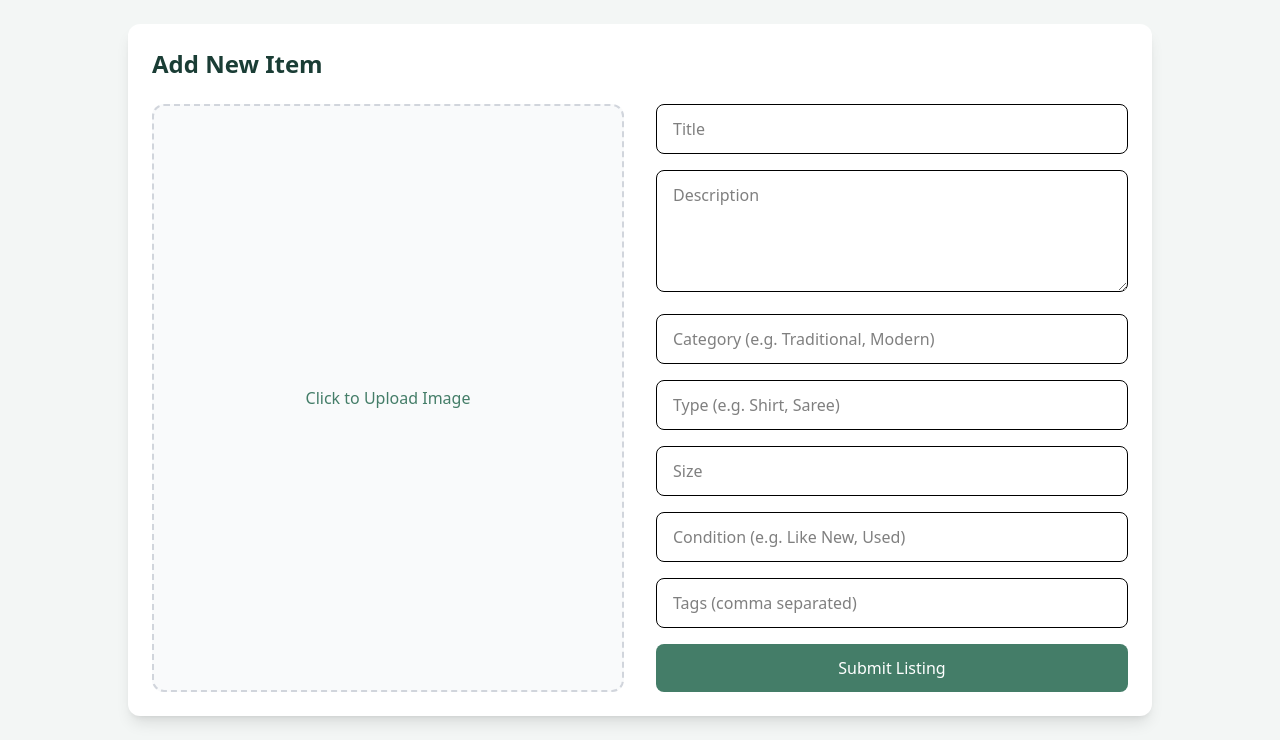
Repository: Swastikkkkk/vv
Page: /user/add (app in OneDrive/Desktop/Yuzichahal/frontend/)
The author's editor kept a copy of each file at every save. The page is drawn from the files as they stood at one save, then again after the next save.
The browser window is 1280 px wide. The pictures show the whole page.
The page's requests for data from a server got no answer. The project was rebuilt for these pictures with package versions that can differ from the ones it lists, and the page was loaded fresh each time. No one was signed in, and anything a server would have sent is missing. Also part of the build but not shown: OneDrive/Desktop/Yuzichahal/frontend/vite.config.js, OneDrive/Desktop/Yuzichahal/frontend/src/components/Navbar.jsx, OneDrive/Desktop/Yuzichahal/frontend/src/components/Herosection.jsx, OneDrive/Desktop/Yuzichahal/frontend/src/components/CategoriesSection.jsx, OneDrive/Desktop/Yuzichahal/frontend/src/components/Footer.jsx, OneDrive/Desktop/Yuzichahal/frontend/src/components/LandingPage.jsx, OneDrive/Desktop/Yuzichahal/frontend/src/components/Signup.jsx, OneDrive/Desktop/Yuzichahal/frontend/src/components/Login.jsx and 9 more. Imported but missing from the stored project, and not drawn on this page: OneDrive/Desktop/Yuzichahal/frontend/src/FirebaseConfig.

Above is the page before, as saved 2025-07-12 11:44:38.

### OneDrive/Desktop/Yuzichahal/frontend/src/App.jsx
// import React from 'react';
// import { BrowserRouter as Router, Routes, Route } from 'react-router-dom';

// // Public
// import LandingPage from './components/LandingPage';
// import Signup from './components/Signup';
// import Login from './components/Login';

// // Protected (to build separately)
// import UserDashboard from './components/user/UserDashboard';
// import AdminDashboard from './components/admin/AdminDashboard';
// import AddListing from './components/user/AddListing';
// import ProductDetail from './components/ProductDetail';
// import PointsHistory from './components/user/PointsHistory';
// import NotFound from './components/NotFound';

// const App = () => {
//   return (
//     <Router>
//       <Routes>
//         {/* Public Routes */}
//         <Route path="/" element={<LandingPage />} />
//         <Route path="/signup" element={<Signup />} />
//         <Route path="/login" element={<Login />} />

//         {/* User Routes */}
//         <Route path="/user" element={<UserDashboard />} />
//         <Route path="/user/add" element={<AddListing />} />
//         <Route path="/user/points" element={<PointsHistory />} />

//         {/* Admin Routes */}
//         <Route path="/admin" element={<AdminDashboard />} />

//         {/* Product Details (accessible by both roles) */}
//         <Route path="/product/:productId" element={<ProductDetail />} />

//         {/* Catch-All */}
//         <Route path="*" element={<NotFound />} />
//       </Routes>
//     </Router>
//   );
// };

// export default App;

// src/App.js
import React from 'react';
import { BrowserRouter as Router, Routes, Route } from 'react-router-dom';

// Public Pages
import LandingPage from './components/LandingPage';
import Signup from './components/Signup';
import Login from './components/Login';

// User Dashboard Pages
import UserDashboard from './components/user/UserDashboard';
import AddListing from './components/user/AddListing';
import PointsHistory from './components/user/PointsHistory';

// Admin Dashboard Page
import AdminDashboard from './components/admin/AdminDashboard';

// Shared Pages
import ProductDetail from './components/ProductDetail';
import NotFound from './components/NotFound';

const App = () => {
  return (
    <Router>
      <Routes>
        {/* 🌐 Public Routes */}
        <Route path="/" element={<LandingPage />} />
        <Route path="/signup" element={<Signup />} />
        <Route path="/login" element={<Login />} />

        {/* 👤 User Routes */}
        <Route path="/user" element={<UserDashboard />} />
        <Route path="/user/add" element={<AddListing />} />
        <Route path="/user/points" element={<PointsHistory />} />

        {/* 🛠 Admin Routes */}
        <Route path="/admin" element={<AdminDashboard />} />

        {/* 🔁 Shared Routes */}
        <Route path="/product/:productId" element={<ProductDetail />} />

        {/* ❌ 404 Page */}
        <Route path="*" element={<NotFound />} />
      </Routes>
    </Router>
  );
};

export default App;

### OneDrive/Desktop/Yuzichahal/frontend/src/components/user/AddListing.jsx
import React, { useState } from 'react';
import { db } from '../FirebaseConfig';
import { getStorage, ref, uploadBytes, getDownloadURL } from 'firebase/storage';
import { collection, addDoc, serverTimestamp } from 'firebase/firestore';
import { v4 as uuidv4 } from 'uuid';

const AddListing = () => {
  const [image, setImage] = useState(null);
  const [imageUrl, setImageUrl] = useState('');
  const [uploading, setUploading] = useState(false);

  const [form, setForm] = useState({
    title: '',
    description: '',
    category: '',
    type: '',
    size: '',
    condition: '',
    tags: ''
  });

  const handleInputChange = (e) => {
    setForm({ ...form, [e.target.name]: e.target.value });
  };

  const handleImageUpload = async (e) => {
    const file = e.target.files[0];
    if (!file) return;

    const storage = getStorage();
    const storageRef = ref(storage, `products/${uuidv4() + '-' + file.name}`);
    setUploading(true);

    try {
      await uploadBytes(storageRef, file);
      const url = await getDownloadURL(storageRef);
      setImageUrl(url);
      setImage(file);
    } catch (err) {
      alert('Image upload failed.');
    } finally {
      setUploading(false);
    }
  };

  const handleSubmit = async (e) => {
    e.preventDefault();

    if (!imageUrl) {
      alert('Please upload an image.');
      return;
    }

    try {
      await addDoc(collection(db, 'products'), {
        ...form,
        tags: form.tags.split(',').map((tag) => tag.trim()),
        imageUrl,
        createdAt: serverTimestamp()
      });

      alert('Product listed successfully!');
      setForm({
        title: '',
        description: '',
        category: '',
        type: '',
        size: '',
        condition: '',
        tags: ''
      });
      setImageUrl('');
      setImage(null);
    } catch (err) {
      alert('Error saving product.');
    }
  };

  return (
    <div className="min-h-screen p-6 bg-[#f3f6f5]">
      <div className="max-w-5xl mx-auto bg-white rounded-xl p-6 shadow-lg">
        <h2 className="text-2xl font-semibold mb-6 text-[#1a3d35]">Add New Item</h2>

        <form onSubmit={handleSubmit} className="grid md:grid-cols-2 gap-8">
          {/* Image Upload */}
          <div className="flex flex-col items-center justify-center border-2 border-dashed border-gray-300 rounded-xl p-6 bg-gray-50">
            {imageUrl ? (
              <img
                src={imageUrl}
                alt="Uploaded"
                className="w-full h-64 object-cover rounded-lg"
              />
            ) : (
              <label className="cursor-pointer text-center text-[#447d68] hover:underline">
                <input
                  type="file"
                  accept="image/*"
                  className="hidden"
                  onChange={handleImageUpload}
                />
                {uploading ? 'Uploading...' : 'Click to Upload Image'}
              </label>
            )}
          </div>

          {/* Form Fields */}
          <div className="space-y-4">
            <input
              type="text"
              name="title"
              placeholder="Title"
              value={form.title}
              onChange={handleInputChange}
              className="w-full px-4 py-3 border rounded-lg"
              required
            />
            <textarea
              name="description"
              placeholder="Description"
              value={form.description}
              onChange={handleInputChange}
              className="w-full px-4 py-3 border rounded-lg"
              rows={4}
              required
            />
            <input
              type="text"
              name="category"
              placeholder="Category (e.g. Traditional, Modern)"
              value={form.category}
              onChange={handleInputChange}
              className="w-full px-4 py-3 border rounded-lg"
              required
            />
            <input
              type="text"
              name="type"
              placeholder="Type (e.g. Shirt, Saree)"
              value={form.type}
              onChange={handleInputChange}
              className="w-full px-4 py-3 border rounded-lg"
              required
            />
            <input
              type="text"
              name="size"
              placeholder="Size"
              value={form.size}
              onChange={handleInputChange}
              className="w-full px-4 py-3 border rounded-lg"
              required
            />
            <input
              type="text"
              name="condition"
              placeholder="Condition (e.g. Like New, Used)"
              value={form.condition}
              onChange={handleInputChange}
              className="w-full px-4 py-3 border rounded-lg"
              required
            />
            <input
              type="text"
              name="tags"
              placeholder="Tags (comma separated)"
              value={form.tags}
              onChange={handleInputChange}
              className="w-full px-4 py-3 border rounded-lg"
            />
            <button
              type="submit"
              className="w-full bg-[#447d68] text-white py-3 rounded-lg hover:bg-[#366755] transition"
              disabled={uploading}
            >
              Submit Listing
            </button>
          </div>
        </form>
      </div>
    </div>
  );
};

export default AddListing;

### OneDrive/Desktop/Yuzichahal/frontend/src/components/ImpactSection.jsx
import React from 'react';
import CountUp from 'react-countup';
import { FaTint, FaPeopleCarry, FaLeaf } from 'react-icons/fa';

const impacts = [
  {
    icon: <FaTint className="text-[#2b7a78] text-5xl mb-4" />,
    label: 'Liters of Water Saved',
    value: 20000,
    suffix: 'L',
    color: 'text-[#2b7a78]',
  },
  {
    icon: <FaPeopleCarry className="text-[#3a506b] text-5xl mb-4" />,
    label: 'People Helped',
    value: 500,
    suffix: '+',
    color: 'text-[#3a506b]',
  },
  {
    icon: <FaLeaf className="text-[#519872] text-5xl mb-4" />,
    label: 'Environmental Wins',
    value: 120,
    suffix: '+',
    color: 'text-[#519872]',
  },
];

const ImpactSection = () => {
  return (
    <section className="bg-white py-20 px-4 w-full">
      <div className="max-w-6xl mx-auto text-center">
        <h2 className="text-4xl font-bold text-[#1a3d35] mb-12">Our Impact So Far</h2>

        <div className="grid grid-cols-1 md:grid-cols-3 gap-8">
          {impacts.map((impact, index) => (
            <div
              key={index}
              className="bg-[#f0f4f3] rounded-2xl p-8 shadow-md hover:shadow-xl transition duration-300"
            >
              <div className="flex justify-center">{impact.icon}</div>
              <h3 className={`text-3xl font-bold mt-4 ${impact.color}`}>
                <CountUp end={impact.value} duration={2} />{impact.suffix}
              </h3>
              <p className="mt-2 text-[#1a3d35] font-medium">{impact.label}</p>
            </div>
          ))}
        </div>
      </div>
    </section>
  );
};

export default ImpactSection;

### OneDrive/Desktop/Yuzichahal/frontend/src/components/FirebaseConfig.js
// src/firebase.js
import { initializeApp } from 'firebase/app';
import { getAnalytics } from 'firebase/analytics';
import { getAuth, GoogleAuthProvider } from 'firebase/auth';
import { getFirestore } from 'firebase/firestore';
import { getStorage } from 'firebase/storage';

// Firebase config
const firebaseConfig = {
  apiKey: "AIzaSyCfGxeGR5E-H5ednofZVQK85fTKMewrvuU",
  authDomain: "rewear-ebe94.firebaseapp.com",
  projectId: "rewear-ebe94",
  storageBucket: "rewear-ebe94.firebasestorage.app",
  messagingSenderId: "1070415208966",
  appId: "1:1070415208966:web:af46830fdb613f2e221987",
  measurementId: "G-LRX3WGT1DE"
};

// Initialize Firebase
const app = initializeApp(firebaseConfig);
const analytics = getAnalytics(app);

// Export core services
export const auth = getAuth(app);
export const db = getFirestore(app);
export const storage = getStorage(app);
export const googleProvider = new GoogleAuthProvider();

Loaded but not shown: OneDrive/Desktop/Yuzichahal/frontend/index.html (common file); OneDrive/Desktop/Yuzichahal/frontend/src/App.css (common file); OneDrive/Desktop/Yuzichahal/frontend/src/main.jsx (common file)

After the next save:
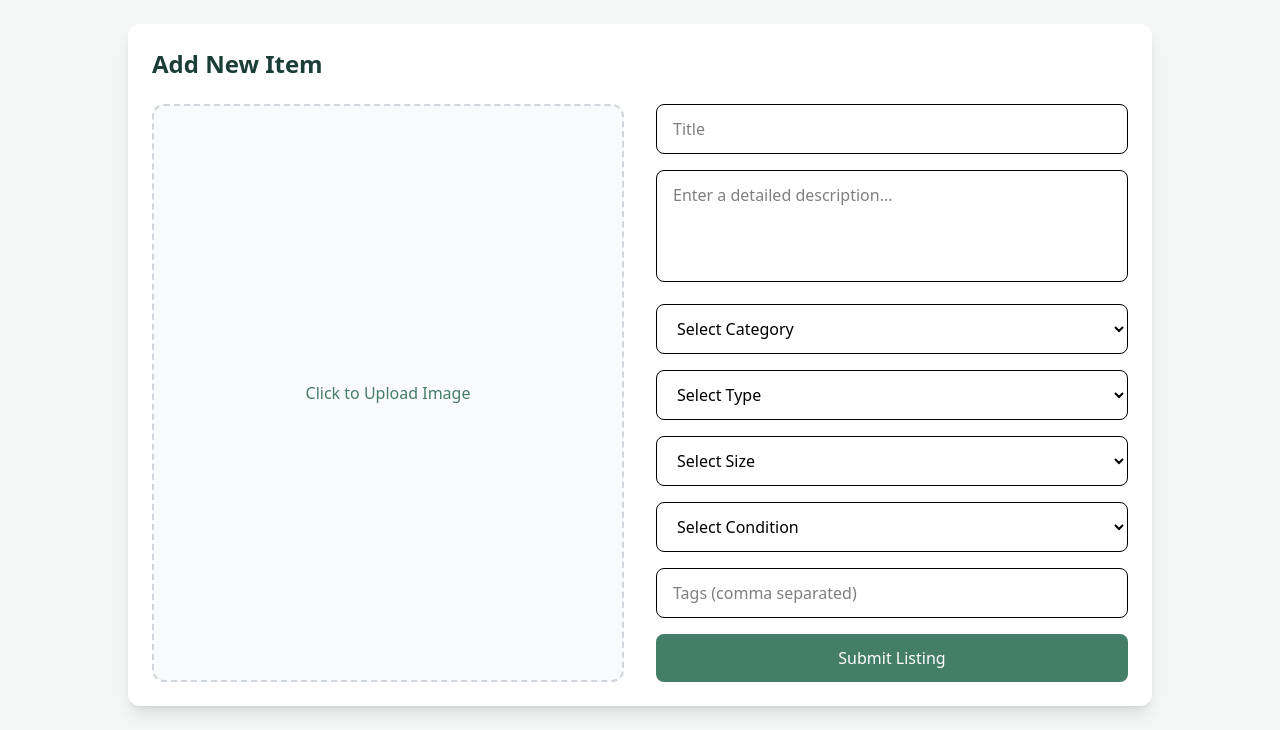
Saved 112 s later.
--- a/OneDrive/Desktop/Yuzichahal/frontend/src/components/user/AddListing.jsx
+++ b/OneDrive/Desktop/Yuzichahal/frontend/src/components/user/AddListing.jsx
@@ -1,7 +1,7 @@
 import React, { useState } from 'react';
-import { db } from '../FirebaseConfig';
 import { getStorage, ref, uploadBytes, getDownloadURL } from 'firebase/storage';
 import { collection, addDoc, serverTimestamp } from 'firebase/firestore';
+import { db } from '../../FirebaseConfig'; // adjust if your path differs
 import { v4 as uuidv4 } from 'uuid';
 
 const AddListing = () => {
@@ -19,6 +19,11 @@ const AddListing = () => {
     tags: ''
   });
 
+  const categoryOptions = ['Ethnic', 'Western', 'Kidswear', 'Accessories', 'Modern'];
+  const typeOptions = ['Shirt', 'Dress', 'Kurta', 'Saree', 'T-Shirt', 'Lehenga'];
+  const sizeOptions = ['XS', 'S', 'M', 'L', 'XL', 'XXL'];
+  const conditionOptions = ['New', 'Like New', 'Gently Used', 'Used', 'Worn'];
+
   const handleInputChange = (e) => {
     setForm({ ...form, [e.target.name]: e.target.value });
   };
@@ -28,7 +33,7 @@ const AddListing = () => {
     if (!file) return;
 
     const storage = getStorage();
-    const storageRef = ref(storage, `products/${uuidv4() + '-' + file.name}`);
+    const storageRef = ref(storage, `products/${uuidv4()}-${file.name}`);
     setUploading(true);
 
     try {
@@ -54,7 +59,7 @@ const AddListing = () => {
     try {
       await addDoc(collection(db, 'products'), {
         ...form,
-        tags: form.tags.split(',').map((tag) => tag.trim()),
+        tags: form.tags.split(',').map(tag => tag.trim()),
         imageUrl,
         createdAt: serverTimestamp()
       });
@@ -69,8 +74,8 @@ const AddListing = () => {
         condition: '',
         tags: ''
       });
+      setImage(null);
       setImageUrl('');
-      setImage(null);
     } catch (err) {
       alert('Error saving product.');
     }
@@ -85,11 +90,7 @@ const AddListing = () => {
           {/* Image Upload */}
           <div className="flex flex-col items-center justify-center border-2 border-dashed border-gray-300 rounded-xl p-6 bg-gray-50">
             {imageUrl ? (
-              <img
-                src={imageUrl}
-                alt="Uploaded"
-                className="w-full h-64 object-cover rounded-lg"
-              />
+              <img src={imageUrl} alt="Uploaded" className="w-full h-64 object-cover rounded-lg" />
             ) : (
               <label className="cursor-pointer text-center text-[#447d68] hover:underline">
                 <input
@@ -114,51 +115,68 @@ const AddListing = () => {
               className="w-full px-4 py-3 border rounded-lg"
               required
             />
+
             <textarea
               name="description"
-              placeholder="Description"
+              placeholder="Enter a detailed description..."
               value={form.description}
               onChange={handleInputChange}
-              className="w-full px-4 py-3 border rounded-lg"
-              rows={4}
+              className="w-full px-4 py-3 border rounded-lg h-28 resize-none"
               required
             />
-            <input
-              type="text"
+
+            <select
               name="category"
-              placeholder="Category (e.g. Traditional, Modern)"
               value={form.category}
               onChange={handleInputChange}
-              className="w-full px-4 py-3 border rounded-lg"
-              required
-            />
-            <input
-              type="text"
+              className="w-full px-4 py-3 border rounded-lg bg-white"
+              required
+            >
+              <option value="">Select Category</option>
+              {categoryOptions.map((cat) => (
+                <option key={cat} value={cat}>{cat}</option>
+              ))}
+            </select>
+
+            <select
               name="type"
-              placeholder="Type (e.g. Shirt, Saree)"
               value={form.type}
               onChange={handleInputChange}
-              className="w-full px-4 py-3 border rounded-lg"
-              required
-            />
-            <input
-              type="text"
+              className="w-full px-4 py-3 border rounded-lg bg-white"
+              required
+            >
+              <option value="">Select Type</option>
+              {typeOptions.map((type) => (
+                <option key={type} value={type}>{type}</option>
+              ))}
+            </select>
+
+            <select
               name="size"
-              placeholder="Size"
               value={form.size}
               onChange={handleInputChange}
-              className="w-full px-4 py-3 border rounded-lg"
-              required
-            />
-            <input
-              type="text"
+              className="w-full px-4 py-3 border rounded-lg bg-white"
+              required
+            >
+              <option value="">Select Size</option>
+              {sizeOptions.map((size) => (
+                <option key={size} value={size}>{size}</option>
+              ))}
+            </select>
+
+            <select
               name="condition"
-              placeholder="Condition (e.g. Like New, Used)"
               value={form.condition}
               onChange={handleInputChange}
-              className="w-full px-4 py-3 border rounded-lg"
-              required
-            />
+              className="w-full px-4 py-3 border rounded-lg bg-white"
+              required
+            >
+              <option value="">Select Condition</option>
+              {conditionOptions.map((cond) => (
+                <option key={cond} value={cond}>{cond}</option>
+              ))}
+            </select>
+
             <input
               type="text"
               name="tags"
@@ -167,12 +185,13 @@ const AddListing = () => {
               onChange={handleInputChange}
               className="w-full px-4 py-3 border rounded-lg"
             />
+
             <button
               type="submit"
               className="w-full bg-[#447d68] text-white py-3 rounded-lg hover:bg-[#366755] transition"
               disabled={uploading}
             >
-              Submit Listing
+              {uploading ? 'Saving...' : 'Submit Listing'}
             </button>
           </div>
         </form>
